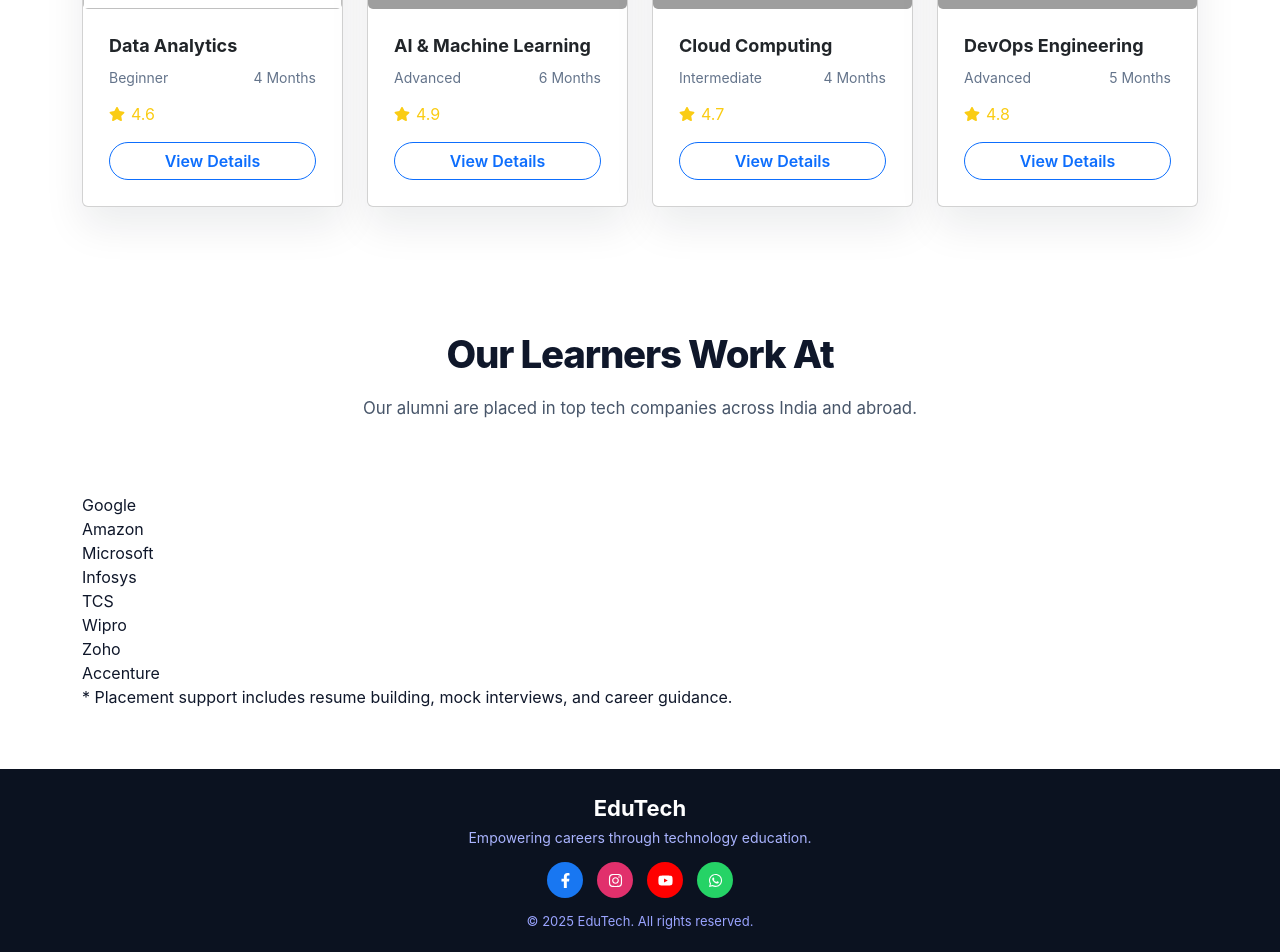
Repository: Aswin74k/project-2
Page: /
The author's editor kept a copy of each file at every save. The page is drawn from the files as they stood at one save, then again after the next save.
The browser window is 1280 px wide. The pictures show the part of the page from y = 1867 to 2819 px (the page is 2819 px tall before and 2441 px after).
Pictures or frames that could not be fetched are drawn as grey boxes. The project was rebuilt for these pictures with package versions that can differ from the ones it lists, and the page was loaded fresh each time. Also part of the build but not shown: vite.config.js, src/project/course.css, src/project/Course.jsx, src/project/About.css, src/project/About.jsx, src/project/Enroll.css, src/project/Enroll.jsx, src/project/contact.css and 2 more.

Above is the page before, as saved 2025-12-25 17:11:12.

### src/main.jsx
import React from "react";
import ReactDOM from "react-dom/client";
import { BrowserRouter } from "react-router-dom";
import App from "./project/App";
import { AuthProvider } from "./context/AuthContext"; // ✅ ADD THIS
import "bootstrap/dist/css/bootstrap.min.css";

ReactDOM.createRoot(document.getElementById("root")).render(
  <React.StrictMode>
    <BrowserRouter>
      <AuthProvider>
        <App />
      </AuthProvider>
    </BrowserRouter>
  </React.StrictMode>
);

### src/project/App.jsx
import React from "react";
import { Routes, Route } from "react-router-dom";

import EduNavbar from "./EduNavbar";
import Home from "./Home";
import Course from "./Course";
import About from "./About";
import Enroll from "./Enroll";
import Contact from "./Contact";
import ProtectedRoute from "./ProtectedRoute";

export default function App() {
  return (
    <>
      <EduNavbar />

      <Routes>
        <Route path="/" element={<Home />} />
        <Route path="/courses/:id" element={<Course />} />
        <Route path="/about" element={<About />} />
        <Route path="/Contact" element={<Contact />} />


        <Route
          path="/enroll"
          element={
            <ProtectedRoute>
              <Enroll />
            </ProtectedRoute>
          }
        />
      </Routes>

    </>
  );
}

### src/context/AuthContext.jsx
import { createContext, useContext, useState, useEffect } from "react";

const AuthContext = createContext();

export function AuthProvider({ children }) {
  const [user, setUser] = useState(null);
  const [loading, setLoading] = useState(true);

  useEffect(() => {
    const savedUser = JSON.parse(
      localStorage.getItem("loggedInUser")
    );
    if (savedUser) setUser(savedUser);
    setLoading(false);
  }, []);

  const login = (email, password) => {
    const users =
      JSON.parse(localStorage.getItem("registeredUsers")) || [];

    const foundUser = users.find(
      (u) => u.email === email && u.password === password
    );

    if (!foundUser) {
      return { success: false, message: "Invalid email or password" };
    }

    localStorage.setItem(
      "loggedInUser",
      JSON.stringify(foundUser)
    );
    setUser(foundUser);

    return {
      success: true,
      message: `Welcome back, ${foundUser.firstName}`,
    };
  };

  const signup = (data) => {
    const users =
      JSON.parse(localStorage.getItem("registeredUsers")) || [];

    if (users.some((u) => u.email === data.email)) {
      return {
        success: false,
        message: "User already exists with this email!",
      };
    }

    users.push(data);
    localStorage.setItem(
      "registeredUsers",
      JSON.stringify(users)
    );

    localStorage.setItem(
      "loggedInUser",
      JSON.stringify(data)
    );
    setUser(data);

    return {
      success: true,
      message: "Account created successfully",
    };
  };

  const logout = () => {
    localStorage.removeItem("loggedInUser");
    setUser(null);
  };

  return (
    <AuthContext.Provider
      value={{ user, login, signup, logout, loading }}
    >
      {children}
    </AuthContext.Provider>
  );
}

export const useAuth = () => useContext(AuthContext);

### src/project/Home.jsx
import React from "react";
import { Container, Row, Col, Card } from "react-bootstrap";
import { Link } from "react-router-dom";
import {
  FaGraduationCap,
  FaUsers,
  FaChalkboardTeacher,
  FaBriefcase,
  FaStar,
  FaFacebookF,
  FaInstagram,
  FaYoutube,
  FaWhatsapp
} from "react-icons/fa";
import "./Home.css";

export default function Home() {
  const courses = [
    {
      id: "fullstack",
      title: "Full Stack Development",
      level: "Beginner",
      duration: "6 Months",
      rating: "4.8",
      img: "https://encrypted-tbn0.gstatic.com/images?q=tbn:ANd9GcQPaNXGBezXv5c0v_XSQ6pqOScRBb2ShM3IWg&s",
    },
    {
      id: "mern",
      title: "MERN Stack Development",
      level: "Intermediate",
      duration: "5 Months",
      rating: "4.7",
      img: "https://images.prismic.io/loco-blogs/79328284-f97b-489f-924c-eb3b17e34b56_image2.png",
    },
    {
      id: "uiux",
      title: "UI / UX Design",
      level: "Beginner",
      duration: "4 Months",
      rating: "4.6",
      img: "https://www.almondsolutions.com/images/blog-ui-ux-150223.jpg",
    },
    {
      id: "datascience",
      title: "Data Science",
      level: "Advanced",
      duration: "6 Months",
      rating: "4.9",
      img: "https://bernardmarr.com/wp-content/uploads/2022/11/The-Top-5-Data-Science-And-Analytics-Trends-In-2023.jpg",
    },
    {
      id: "dataanalytics",
      title: "Data Analytics",
      level: "Beginner",
      duration: "4 Months",
      rating: "4.6",
      img: "https://blog.herzing.ca/hubfs/data%20analytics.jpg",
    },
    {
      id: "aiml",
      title: "AI & Machine Learning",
      level: "Advanced",
      duration: "6 Months",
      rating: "4.9",
      img: "https://www.jellyfishtechnologies.com/wp-content/uploads/2021/10/Artificial-Intelligence-versus-Machine-Learning.png",
    },
    {
      id: "cloud",
      title: "Cloud Computing",
      level: "Intermediate",
      duration: "4 Months",
      rating: "4.7",
      img: "https://bernardmarr.com/img/The%205%20Biggest%20Cloud%20Computing%20Trends%20In%202021.jpg",
    },
    {
      id: "devops",
      title: "DevOps Engineering",
      level: "Advanced",
      duration: "5 Months",
      rating: "4.8",
      img: "https://www.itrainu.in/wp-content/uploads/2021/03/DEVOPS-1.jpg",
    },
  ];

  return (
    <div className="home">

      {/* HERO */}
      <section className="hero-section">
        <Container>
          <div className="hero-content">
            <h1>
              Learn Future-Ready Skills with <span>EduTech</span>
            </h1>
            <p>
              Industry-aligned courses, real-world projects, and expert mentors
              to accelerate your career.
            </p>

            <div className="hero-actions">
              <Link to="/about" className="btn btn-outline-light btn-lg">
                Learn More
              </Link>
            </div>
          </div>
        </Container>
      </section>

      {/* STATS */}
      <section className="stats-section">
        <Container>
          <Row className="g-4">
            <Col md={3}><div className="stat-box"><FaUsers /><h3>25K+</h3><p>Learners</p></div></Col>
            <Col md={3}><div className="stat-box"><FaGraduationCap /><h3>8+</h3><p>Courses</p></div></Col>
            <Col md={3}><div className="stat-box"><FaChalkboardTeacher /><h3>50+</h3><p>Mentors</p></div></Col>
            <Col md={3}><div className="stat-box"><FaBriefcase /><h3>100+</h3><p>Projects</p></div></Col>
          </Row>
        </Container>
      </section>

      {/* COURSES */}
      <section className="courses-section">
        <Container>
          <h2 className="section-title">Popular Courses</h2>
          <Row>
            {courses.map((course) => (
              <Col lg={3} md={4} sm={6} key={course.id} className="mb-4">
                <Card className="course-card h-100">
                  <Card.Img src={course.img} className="course-img" />
                  <Card.Body>
                    <Card.Title>{course.title}</Card.Title>
                    <div className="course-meta">
                      <span>{course.level}</span>
                      <span>{course.duration}</span>
                    </div>
                    <div className="course-rating">
                      <FaStar /> {course.rating}
                    </div>
                    <Link to={`/courses/${course.id}`} className="btn btn-outline-primary w-100 mt-3">
                      View Details
                    </Link>
                  </Card.Body>
                </Card>
              </Col>
            ))}
          </Row>
        </Container>
      </section>
      {/* ================= PLACEMENT SECTION ================= */}
<section className="placement-section">
  <Container>
    <h2 className="section-title">Our Learners Work At</h2>
    <p className="section-subtitle">
      Our alumni are placed in top tech companies across India and abroad.
    </p>

    <div className="placement-logos">
      <div className="logo-card">Google</div>
      <div className="logo-card">Amazon</div>
      <div className="logo-card">Microsoft</div>
      <div className="logo-card">Infosys</div>
      <div className="logo-card">TCS</div>
      <div className="logo-card">Wipro</div>
      <div className="logo-card">Zoho</div>
      <div className="logo-card">Accenture</div>
    </div>

    <div className="placement-note">
      * Placement support includes resume building, mock interviews, and career guidance.
    </div>
  </Container>
</section>


      {/* FOOTER */}
      <footer className="footer">
        <Container className="text-center">
          <h3 className="footer-logo">EduTech</h3>
          <p className="footer-tagline">
            Empowering careers through technology education.
          </p>

          <div className="footer-social">
            <a className="fb"><FaFacebookF /></a>
            <a className="ig"><FaInstagram /></a>
            <a className="yt"><FaYoutube /></a>
            <a className="wa"><FaWhatsapp /></a>
          </div>

          <p className="copy">© 2025 EduTech. All rights reserved.</p>
        </Container>
      </footer>

    </div>
  );
}

### src/project/Navbar.css
/* ================= ROOT VARIABLES ================= */
:root {
  --primary: #111827;
  --primary-soft: rgba(17, 24, 39, 0.08);
  --danger: #ef4444;
  --success: #22c55e;

  --text-dark: #000000;
  --text-muted: #6b7280;

  --border-light: #e5e7eb;
  --bg-white: #ffffff;
}

/* ================= NAVBAR ================= */
.navbar {
  background: var(--bg-white);
  padding: 14px 0;
  border-bottom: 1px solid var(--border-light);
  transition: all 0.3s ease;
  z-index: 1000;
}

.navbar-scrolled {
  box-shadow: 0 10px 30px rgba(0, 0, 0, 0.08);
}

/* ================= BRAND ================= */
.navbar-brand {
  font-size: 1.6rem;
  font-weight: 900;
  color: var(--text-dark) !important;
}

/* ================= NAV LINKS ================= */
.navbar-nav .nav-link {
  color: var(--text-dark) !important;
  font-weight: 600;
  font-size: 0.95rem;
  padding: 8px 14px;
  position: relative;
}

.navbar-nav .nav-link::after {
  content: "";
  position: absolute;
  left: 50%;
  bottom: 2px;
  width: 0;
  height: 2px;
  background: var(--text-dark);
  transform: translateX(-50%);
  transition: width 0.3s ease;
}

.navbar-nav .nav-link:hover::after {
  width: 70%;
}

/* ================= SEARCH ================= */
.custom-search {
  position: relative;
  width: 210px;
}

.custom-search input {
  width: 100%;
  padding: 10px 42px 10px 16px;
  border-radius: 999px;
  border: 1px solid var(--border-light);
  background: #e4e5e6;
  font-size: 0.9rem;
}

.custom-search svg {
  position: absolute;
  right: 14px;
  top: 50%;
  transform: translateY(-50%);
  color: var(--text-muted);
}

/* ================= USER ================= */
.username {
  background: var(--primary-soft);
  color: var(--text-dark);
  padding: 6px 14px;
  border-radius: 999px;
  font-size: 0.85rem;
  font-weight: 600;
}

.user-icon {
  font-size: 22px;
  color: var(--text-dark);
  cursor: pointer;
}

/* ================= LOGOUT ICON ================= */
.logout-icon {
  font-size: 24px;
  color: var(--text-dark);
  cursor: pointer;
}

.logout-icon:hover {
  color: var(--danger);
}

/* ================= MODALS ================= */
.modal-content {
  border-radius: 22px;
  border: none;
  box-shadow: 0 30px 90px rgba(0, 0, 0, 0.25);
  padding: 20px;
}

.modal-header {
  border-bottom: 1px solid var(--border-light);
}

.modal-title {
  font-weight: 700;
}

.modal-body {
  padding: 28px 32px 32px;
}

/* ================= AUTH INPUT (IMAGE MATCHED) ================= */
.auth-input {
  width: 100%;
  height: 56px;
  border-radius: 16px;
  border: 1.5px solid #d1d5db;
  padding: 14px 18px;
  font-size: 1rem;
  margin-bottom: 18px;
  background: #ffffff;
}

.auth-input:focus {
  outline: none;
  border-color: #6366f1;
  box-shadow: 0 0 0 2px rgba(99, 102, 241, 0.25);
}

/* ================= PASSWORD ================= */
.password-wrapper {
  position: relative;
}

.password-wrapper span {
  position: absolute;
  right: 18px;
  top: 40%;
  transform: translateY(-50%);
  font-size: 18px;
  color: var(--text-muted);
  cursor: pointer;
}

/* ================= NAME ROW (SIGNUP) ================= */
.name-row {
  display: grid;
  grid-template-columns: 1fr 1fr;
  gap: 18px;
  margin-bottom: 18px;
}

/* ================= AUTH BUTTON ================= */
.auth-btn {
  width: 100%;
  height: 56px;
  border-radius: 16px;
  background: var(--text-dark);
  border: none;
  color: #fff;
  font-size: 1.05rem;
  font-weight: 600;
  margin-top: 8px;
}

.auth-btn:hover {
  opacity: 0.9;
}

/* ================= AUTH FOOTER ================= */
.auth-footer {
  margin-top: 16px;
  text-align: center;
  font-size: 0.9rem;
  color: var(--text-muted);
}

.auth-footer span {
  color: var(--text-dark);
  font-weight: 600;
  cursor: pointer;
}

/* ================= LOGOUT MODAL ================= */
.logout-modal .logout-icon-wrapper {
  width: 64px;
  height: 64px;
  background: rgba(0, 0, 0, 0.08);
  color: var(--danger);
  border-radius: 50%;
  display: flex;
  align-items: center;
  justify-content: center;
  font-size: 28px;
  margin: 0 auto 16px;
}

.logout-actions {
  display: flex;
  gap: 14px;
  justify-content: center;
}

.logout-cancel {
  padding: 10px 22px;
  border-radius: 14px;
  border: 2px solid var(--text-dark);
  background: transparent;
  font-weight: 600;
}

.logout-confirm {
  padding: 10px 22px;
  border-radius: 14px;
  background: var(--danger);
  border: none;
  color: #fff;
  font-weight: 600;
}

/* ================= MOBILE ================= */
@media (max-width: 768px) {
  .navbar-collapse {
    background: #ffffff;
    padding: 18px;
    border-radius: 16px;
    margin-top: 10px;
  }

  .custom-search {
    width: 100%;
    margin-top: 12px;
  }

  .name-row {
    grid-template-columns: 1fr;
  }
}

/* ================= AUTH MESSAGES (FINAL POLISH) ================= */
.modal-message {
  padding: 14px 18px;
  border-radius: 14px;
  font-size: 0.9rem;
  font-weight: 600;
  text-align: center;
  margin-bottom: 18px;
  line-height: 1.4;
  animation: messageFade 0.25s ease-in-out;
}

/* SUCCESS */
.modal-message.success {
  background: rgba(34, 197, 94, 0.14);
  color: #15803d;
  border: 1.5px solid rgba(34, 197, 94, 0.35);
}

/* ERROR */
.modal-message.error {
  background: rgba(239, 68, 68, 0.14);
  color: #b91c1c;
  border: 1.5px solid rgba(239, 68, 68, 0.35);
}

/* subtle animation */
@keyframes messageFade {
  from {
    opacity: 0;
    transform: translateY(-6px);
  }
  to {
    opacity: 1;
    transform: translateY(0);
  }
}

### src/project/Home.css
/* =========================
   DESIGN TOKENS
========================= */
:root {
  --primary: #2563eb;
  --primary-dark: #1e40af;
  --accent: #38bdf8;
  --text-main: #0f172a;
  --text-muted: #475569;
  --bg-light: #f8fafc;
  --glass: rgba(255, 255, 255, 0.92);
  --radius-lg: 24px;
  --radius-md: 16px;
  --shadow-soft: 0 20px 40px rgba(15, 23, 42, 0.08);
  --shadow-strong: 0 30px 70px rgba(15, 23, 42, 0.18);
}

/* =========================
   BASE
========================= */
.home {
  font-family: "Inter", "Segoe UI", system-ui, sans-serif;
  color: var(--text-main);
  background: #ffffff;
  overflow-x: hidden;
}

/* =========================
   SECTION HEADINGS
========================= */
.section-title {
  text-align: center;
  font-size: clamp(2.2rem, 3vw, 2.8rem);
  font-weight: 800;
  letter-spacing: -0.03em;
  margin-bottom: 16px;
}

.section-subtitle {
  text-align: center;
  max-width: 720px;
  margin: 0 auto 70px;
  font-size: 1.05rem;
  color: var(--text-muted);
  line-height: 1.8;
}

/* =========================
   HERO SECTION (PREMIUM)
========================= */
.hero-section {
  min-height: 95vh;
  background:
    linear-gradient(
      120deg,
      rgba(15, 23, 42, 0.92),
      rgba(15, 23, 42, 0.85)
    ),
    url("https://images.unsplash.com/photo-1523240795612-9a054b0db644");
  background-size: cover;
  background-position: center;
  display: flex;
  align-items: center;
}

.hero-content {
  max-width: 860px;
  margin: auto;
  text-align: center;
  color: #ffffff;
}

.hero-content h1 {
  font-size: clamp(2.6rem, 4vw, 3.6rem);
  font-weight: 900;
  line-height: 1.15;
  margin-bottom: 24px;
}

.hero-content span {
  background: linear-gradient(90deg, #38bdf8, #2563eb);
  -webkit-background-clip: text;
  -webkit-text-fill-color: transparent;
}

.hero-content p {
  font-size: 1.15rem;
  line-height: 1.8;
  color: #e5e7eb;
  margin-bottom: 42px;
}

.hero-actions {
  display: flex;
  justify-content: center;
  gap: 22px;
}

.hero-actions .btn {
  padding: 14px 36px;
  font-size: 17px;
  border-radius: 999px;
  font-weight: 600;
  transition: all 0.35s ease;
}

.hero-actions .btn-primary {
  background: linear-gradient(135deg, var(--primary), var(--accent));
  border: none;
}

.hero-actions .btn-primary:hover {
  transform: translateY(-3px);
  box-shadow: var(--shadow-soft);
}

.hero-actions .btn-outline-light:hover {
  background: rgba(255, 255, 255, 0.12);
}

/* =========================
   STATS
========================= */
.stats-section {
  padding: 90px 0;
  background: var(--bg-light);
}

.stat-box {
  background: #ffffff;
  padding: 42px 26px;
  text-align: center;
  border-radius: var(--radius-md);
  box-shadow: var(--shadow-soft);
  transition: all 0.35s ease;
}

.stat-box:hover {
  transform: translateY(-10px);
  box-shadow: var(--shadow-strong);
}

.stat-box svg {
  font-size: 38px;
  color: rgb(1, 72, 112);
  margin-bottom: 18px;
}

.stat-box h3 {
  font-size: 32px;
  font-weight: 800;
}

.stat-box p {
  font-size: 15px;
  color: #64748b;
}

/* =========================
   COURSES
========================= */
.courses-section {
  padding: 100px 0;
}

.course-card {
  border-radius: var(--radius-lg);
  overflow: hidden;
  background: #ffffff;
  box-shadow: var(--shadow-soft);
  transition: all 0.4s ease;
}

.course-card:hover {
  transform: translateY(-10px);
  box-shadow: var(--shadow-strong);
}

.course-img {
  height: 190px;
  object-fit: cover;
}

.course-card .card-body {
  padding: 26px;
}

.course-card .card-title {
  font-size: 18px;
  font-weight: 700;
  margin-bottom: 10px;
}

.course-meta {
  display: flex;
  justify-content: space-between;
  font-size: 14px;
  color: #64748b;
  margin-bottom: 14px;
}

.course-rating {
  display: flex;
  align-items: center;
  gap: 6px;
  color: hsl(48, 96%, 53%);
}

.course-card .btn {
  border-radius: 999px;
  font-weight: 600;
}

/* =========================
   CAREER PATHS (GLASS UI)
========================= */
.paths-section {
  padding: 120px 0;
  background:
    radial-gradient(circle at top right, rgba(37, 99, 235, 0.1), transparent 40%),
    radial-gradient(circle at bottom left, rgba(56, 189, 248, 0.1), transparent 40%),
    linear-gradient(180deg, #f8fafc, #ffffff);
}

.paths-grid {
  display: grid;
  grid-template-columns: repeat(4, 1fr);
  gap: 32px;
}

.path-card {
  background: var(--glass);
  border-radius: 28px;
  padding: 36px 32px;
  box-shadow: var(--shadow-soft);
  backdrop-filter: blur(14px);
  border: 1px solid rgba(226, 232, 240, 0.9);
  transition: all 0.4s ease;
}

.path-card:hover {
  transform: translateY(-14px);
  box-shadow: var(--shadow-strong);
  border-color: rgba(37, 99, 235, 0.35);
}

.path-card h4 {
  font-size: 1.45rem;
  font-weight: 800;
  color: var(--primary-dark);
}

.path-card p {
  font-size: 0.96rem;
  color: var(--text-muted);
  line-height: 1.75;
}

.path-card ul li {
  list-style: none;
  margin-bottom: 12px;
  padding-left: 22px;
  position: relative;
}

.path-card ul li::before {
  content: "✓";
  position: absolute;
  left: 0;
  color: var(--primary);
  font-weight: 700;
}

.path-outcome {
  margin-top: auto;
  padding: 8px 20px;
  border-radius: 999px;
  font-size: 0.85rem;
  font-weight: 600;
  background: linear-gradient(135deg, #e0ecff, #eef2ff);
  color: var(--primary-dark);
}

/* =========================
   FOOTER
========================= */
.footer {
  background: #0b1220;
  color: #cfd8ff;
  padding: 26px 0 20px;
  margin-top: 60px;
}

.footer-logo {
  font-size: 22px;
  font-weight: 700;
  color: #ffffff;
  margin-bottom: 6px;
}

.footer-tagline {
  font-size: 14px;
  color: #aab4ff;
  margin-bottom: 14px;
}

.footer-social {
  display: flex;
  justify-content: center;
  gap: 14px;
  margin-bottom: 14px;
}

.footer-social a {
  width: 36px;
  height: 36px;
  border-radius: 50%;
  display: flex;
  align-items: center;
  justify-content: center;
  color: white;
  font-size: 15px;
  transition: 0.3s ease;
}

.footer-social .fb { background: #1877f2; }
.footer-social .ig { background: #e1306c; }
.footer-social .yt { background: #ff0000; }
.footer-social .wa { background: #25d366; }

.footer-social a:hover {
  transform: translateY(-3px);
  filter: brightness(1.15);
}

.copy {
  font-size: 13px;
  color: #9aa4ff;
  margin: 0;
}


/* MOBILE */
@media (max-width: 576px) {
  .footer {
    padding: 24px 10px 18px;
  }

  .footer-logo {
    font-size: 20px;
  }

  .footer-social a {
    width: 34px;
    height: 34px;
    font-size: 15px;
  }
}


/* =========================
   RESPONSIVE
========================= */
@media (max-width: 1200px) {
  .paths-grid { grid-template-columns: repeat(3, 1fr); }
}

@media (max-width: 992px) {
  .paths-grid { grid-template-columns: repeat(2, 1fr); }
}

@media (max-width: 576px) {
  .paths-grid { grid-template-columns: 1fr; }
  .hero-actions { flex-direction: column; }
}

Loaded but not shown: index.html (common file); src/project/EduNavbar.jsx (341 lines, source omitted)

After the next save:
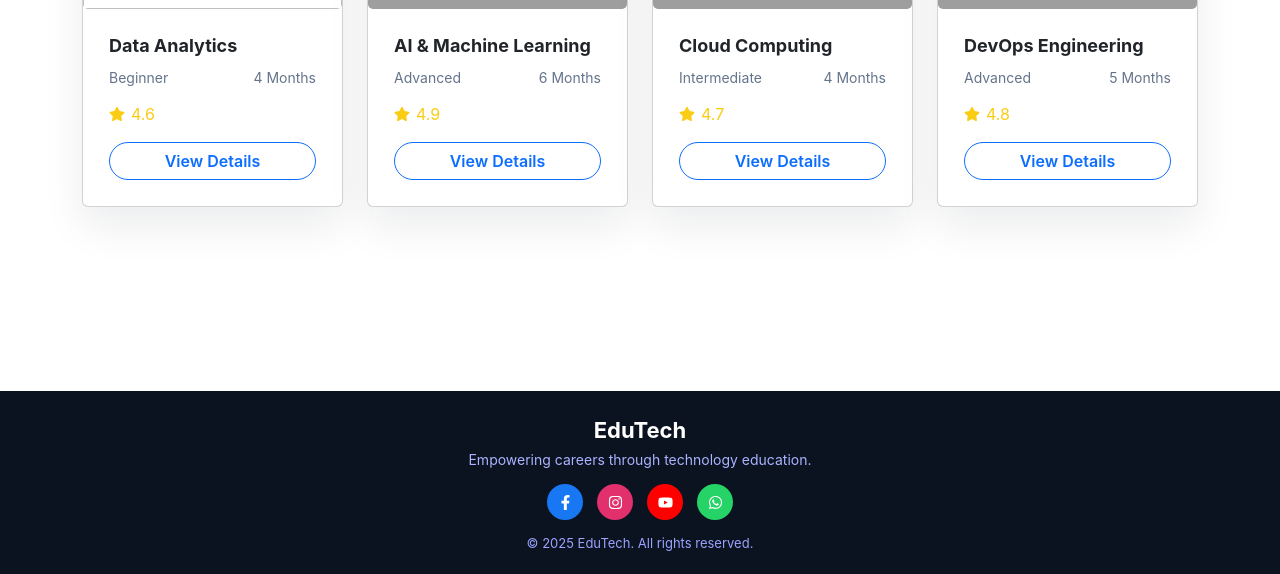
Saved 5 s later.
--- a/src/project/Home.jsx
+++ b/src/project/Home.jsx
@@ -146,30 +146,6 @@ export default function Home() {
           </Row>
         </Container>
       </section>
-      {/* ================= PLACEMENT SECTION ================= */}
-<section className="placement-section">
-  <Container>
-    <h2 className="section-title">Our Learners Work At</h2>
-    <p className="section-subtitle">
-      Our alumni are placed in top tech companies across India and abroad.
-    </p>
-
-    <div className="placement-logos">
-      <div className="logo-card">Google</div>
-      <div className="logo-card">Amazon</div>
-      <div className="logo-card">Microsoft</div>
-      <div className="logo-card">Infosys</div>
-      <div className="logo-card">TCS</div>
-      <div className="logo-card">Wipro</div>
-      <div className="logo-card">Zoho</div>
-      <div className="logo-card">Accenture</div>
-    </div>
-
-    <div className="placement-note">
-      * Placement support includes resume building, mock interviews, and career guidance.
-    </div>
-  </Container>
-</section>
 
 
       {/* FOOTER */}
